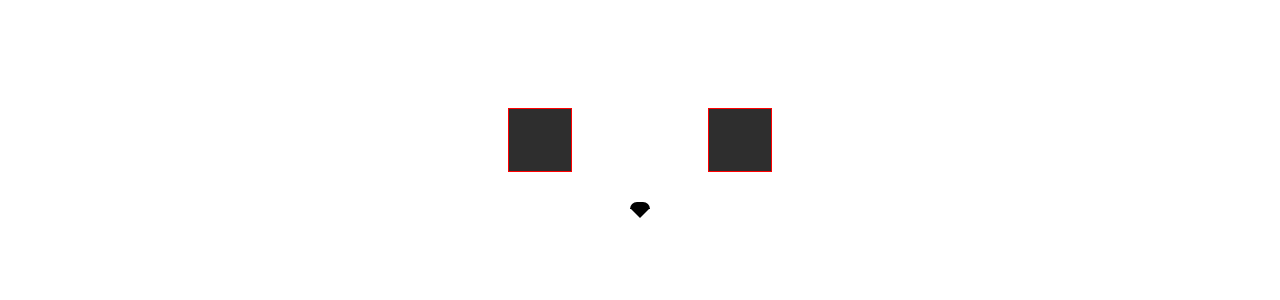
Repository: chenguocan/Pokemon
Page: src/index.html
The author's editor kept a copy of each file at every save. The page is drawn from the files as they stood at one save, then again after the next save.
The browser window is 1280 px wide. The pictures show the whole page.

Above is the page before, as saved 2020-08-16 11:04:28.

### src/index.html
<!DOCTYPE html>
<html lang="en">

<head>
    <meta charset="UTF-8">
    <meta name="viewport"
        content="width=device-width,initial-scale=1,minimum-scale=1,maximum-scale=1,user-scalable=no,viewport-fit=cover">
    <title>皮卡丘</title>
    <link rel="stylesheet" href="./style.css">
</head>

<body>
    <div class="skin">

        <div class="eye left"></div>
        <div class="eye right"></div>
        <div class="nose">
            <div class="san">
                <div class="yuan"></div>
            </div>
        </div>
        <div class="face"></div>
        <div class="face"></div>
        <div class="mouth"></div>
    </div>
    <script src="./main.js"></script>
</body>

</html>

### src/style.css
*{
    box-sizing: border-box;
}
*::after{
    box-sizing: border-box;
}
*::before{
    box-sizing: border-box;
}
.skin{
    position: relative;
}
.san{
    border: 10px solid;
    border-color:black transparent transparent transparent;
    width: 0px;
    height: 0px;
    position: relative;
    left: 50%;
    top: 200px;
    margin-left: -10px;
}
.yuan{
    position: absolute;
    width: 20px;
    height: 7px;
    background:black;
    top:-16px;
    left:-10px;
    border-radius:14px 14px 0 0;
}
.eye{
    border:1px solid red;
    width: 64px;
    height: 64px;
    position: absolute;
    left: 50%;
    margin-left: -32px;
    top: 100px;
    background:#2e2e2e;
}
.left{
    transform: translateX(-100px);
}
.right{
    transform: translateX(100px);
}

Loaded but not shown: src/main.js (no stored copy; drawn as an empty file)

After the next save:
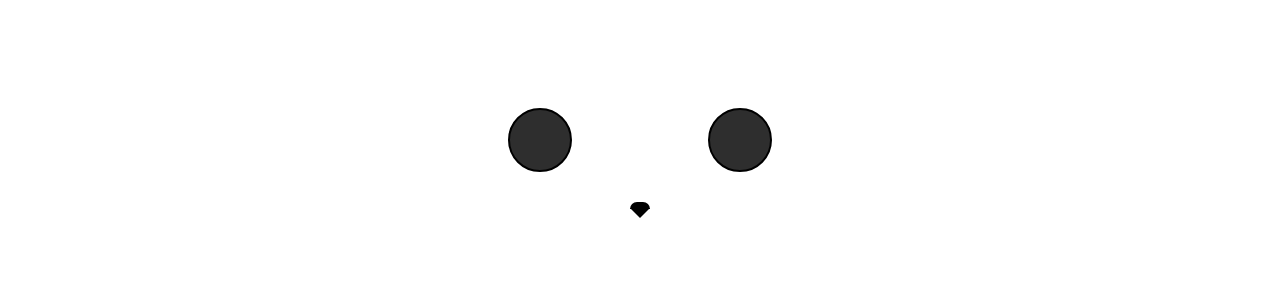
Saved 29 s later.
--- a/src/style.css
+++ b/src/style.css
@@ -30,7 +30,7 @@
     border-radius:14px 14px 0 0;
 }
 .eye{
-    border:1px solid red;
+    border:2px solid #000;
     width: 64px;
     height: 64px;
     position: absolute;
@@ -38,6 +38,7 @@
     margin-left: -32px;
     top: 100px;
     background:#2e2e2e;
+    border-radius: 50%;
 }
 .left{
     transform: translateX(-100px);
